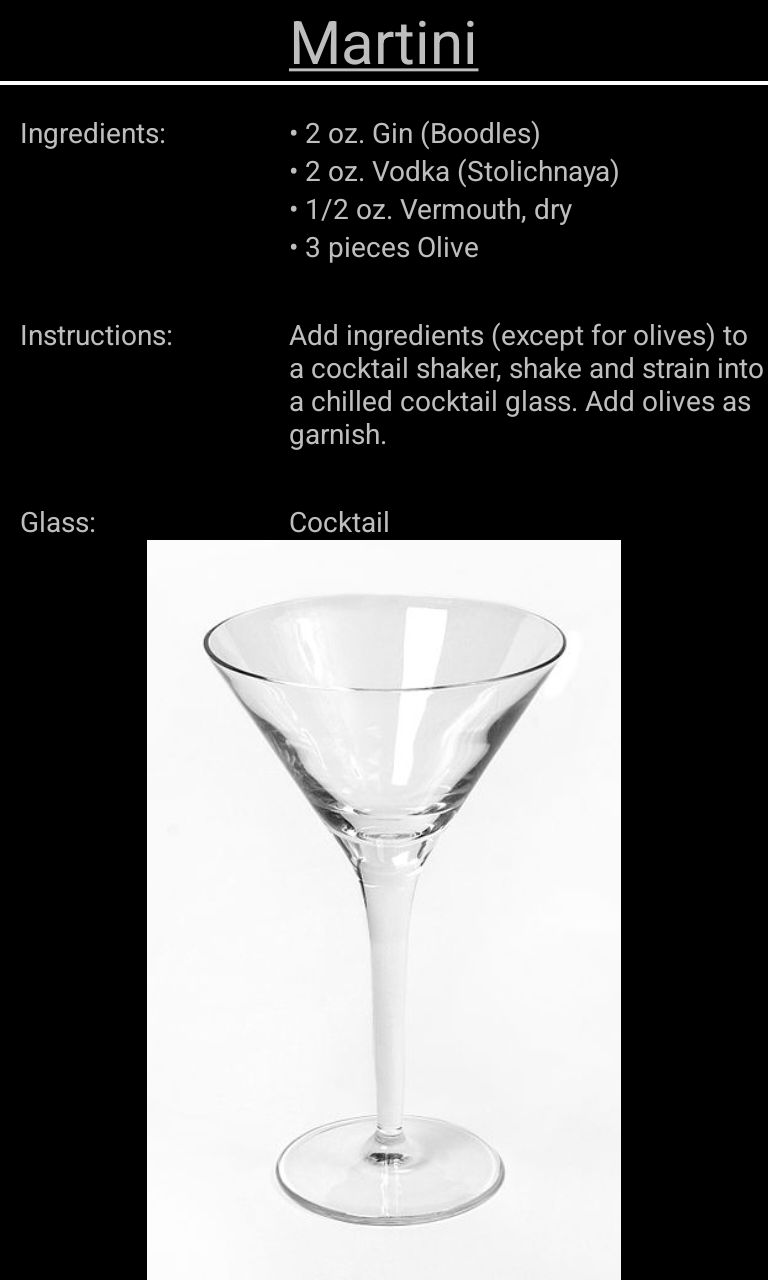
Repository: caltangelo/Drinkables
Layout: CocktailView/res/layout/main.xml
An editor plug-in stored every save of this project. The layout is shown before and after the next save, followed by the edit.
It is drawn on a 768 x 1280 px phone screen (xhdpi) without system bars, with theme android:Theme; the app's code is not run.

Above is the layout before, as saved 2011-09-22 22:02:55.

### CocktailView/res/layout/main.xml
<?xml version="1.0" encoding="utf-8"?>
<RelativeLayout xmlns:android="http://schemas.android.com/apk/res/android"
	android:orientation="vertical" android:layout_width="fill_parent"
	android:layout_height="fill_parent">
	<TextView android:id="@+id/drinkname" android:layout_height="wrap_content"
		android:textSize="30sp" android:text="@string/drink_name"
		android:layout_width="wrap_content" android:layout_alignParentTop="true"
		android:layout_centerHorizontal="true" />

	<TextView android:layout_width="fill_parent"
		android:layout_height="2dp" android:background="#FFFFFFFF"
		android:layout_below="@id/drinkname" />

	<TextView android:layout_height="wrap_content" android:id="@+id/ingredient_label"
		android:text="Ingredients: " android:layout_width="wrap_content"
		android:layout_below="@+id/drinkname" android:layout_marginLeft="10dp"
		android:layout_marginTop="16dp" />
	<TableLayout android:layout_height="wrap_content"
		android:id="@+id/ingredient_table" android:layout_width="wrap_content"
		android:layout_alignTop="@+id/ingredient_label"
		android:layout_alignLeft="@+id/drinkname"
		android:layout_alignParentRight="true">
		<TableRow android:id="@+id/tableRow1" android:layout_width="wrap_content"
			android:layout_height="wrap_content">
			<TextView android:text="• 2 oz. Gin (Boodles)" android:id="@+id/textView1"
				android:layout_width="wrap_content" android:layout_height="wrap_content" />
		</TableRow>
		<TableRow android:id="@+id/tableRow2" android:layout_width="wrap_content"
			android:layout_height="wrap_content">
			<TextView android:text="• 2 oz. Vodka (Stolichnaya)"
				android:id="@+id/textView2" android:layout_width="wrap_content"
				android:layout_height="wrap_content" />
		</TableRow>
		<TableRow android:id="@+id/tableRow3" android:layout_width="wrap_content"
			android:layout_height="wrap_content">
			<TextView android:text="• 1/2 oz. Vermouth, dry" android:id="@+id/textView3"
				android:layout_width="wrap_content" android:layout_height="wrap_content" />
		</TableRow>
		<TableRow android:id="@+id/tableRow4" android:layout_width="wrap_content"
			android:layout_height="wrap_content">
			<TextView android:text="• 3 pieces Olive" android:id="@+id/textView4"
				android:layout_width="wrap_content" android:layout_height="wrap_content" />
		</TableRow>
	</TableLayout>

	<TextView android:id="@+id/instruction_label"
		android:layout_height="wrap_content" android:layout_width="wrap_content"
		android:layout_below="@id/ingredient_table" android:layout_alignLeft="@id/ingredient_label"
		android:text="Instructions: " android:layout_marginTop="25dp" />
	<TextView android:id="@+id/instructions"
		android:layout_height="wrap_content" android:layout_width="wrap_content"
		android:layout_alignTop="@id/instruction_label"
		android:layout_alignLeft="@id/drinkname"
		android:layout_alignParentRight="true" android:text="@string/drink_instructions" />

	<TextView android:id="@+id/glass_label" android:layout_width="wrap_content"
		android:layout_height="wrap_content" android:layout_below="@id/instructions"
		android:layout_alignLeft="@id/ingredient_label" android:text="Glass:"
		android:layout_marginTop="25dp" />
	<TextView android:id="@+id/glass_type"
		android:layout_toRightOf="@id/glass_label" android:text="@string/drink_glass"
		android:layout_height="wrap_content" android:layout_width="wrap_content"
		android:layout_alignTop="@id/glass_label" android:layout_alignLeft="@+id/drinkname" />
	<ImageView android:layout_height="wrap_content" android:id="@+id/imageView1" android:src="@drawable/cocktail_glass" android:layout_width="wrap_content" android:layout_below="@+id/glass_label" android:layout_alignParentLeft="true"></ImageView>


</RelativeLayout>

### CocktailView/res/values/strings.xml
<?xml version="1.0" encoding="utf-8"?>
<resources>
    <string name="hello">Hello World, CocktailViewActivity!</string>
    <string name="app_name">CocktailView</string>
    <string name="drink_name"><u>Martini</u></string>
    <string name="drink_glass">Cocktail</string>
    <string-array name="drink_ingredients">
        <item>2 oz. Gin (Boodles)</item>
        <item>2 oz. Vodka (Stolichnaya)</item>
        <item>1/2 oz. Vermouth, dry</item>
        <item>3 pieces Olive</item>
    </string-array>
    <string name="drink_instructions">Add ingredients (except for olives) to a cocktail shaker, shake and strain into a chilled cocktail glass.  Add olives as garnish.</string>
</resources>

After the next save:
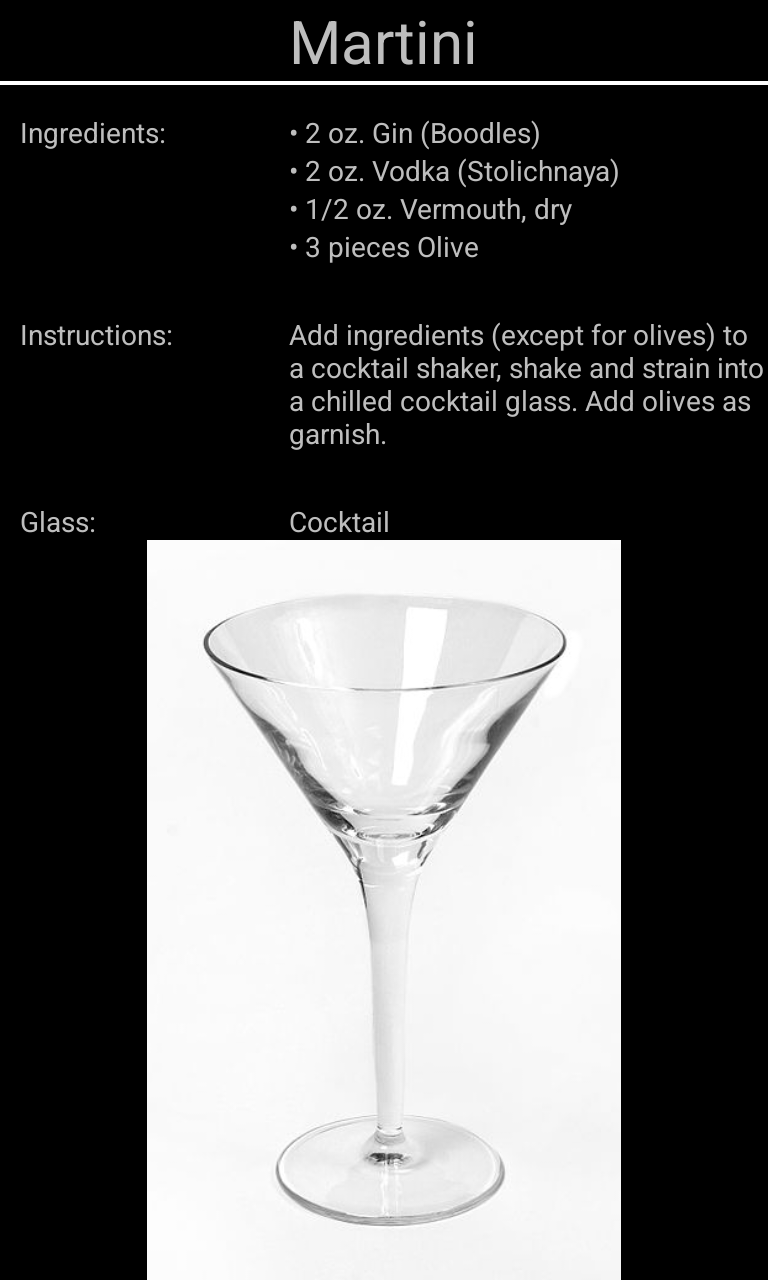
Saved 71 s later.
--- a/CocktailView/res/values/strings.xml
+++ b/CocktailView/res/values/strings.xml
@@ -2,7 +2,7 @@
 <resources>
     <string name="hello">Hello World, CocktailViewActivity!</string>
     <string name="app_name">CocktailView</string>
-    <string name="drink_name"><u>Martini</u></string>
+    <string name="drink_name">Martini</string>
     <string name="drink_glass">Cocktail</string>
     <string-array name="drink_ingredients">
         <item>2 oz. Gin (Boodles)</item>
